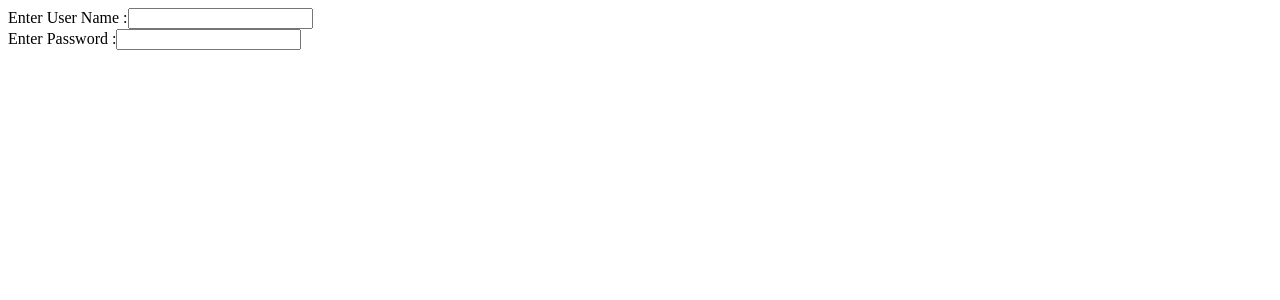
Repository: MyselfAman/Login_Page_Servlet
Page: http://localhost/Login_Page/login.jsp
The author's editor kept a copy of each file at every save. The page is drawn from the files as they stood at one save, then again after the next save.
The browser window is 1280 px wide. The pictures show the whole page.
The page is served by Tomcat 9. Other server files are loaded and not shown.

Above is the page before, as saved 2019-08-06 19:05:59.

### Login_Page/WebContent/login.jsp
<%@ page language="java" contentType="text/html; charset=ISO-8859-1"
    pageEncoding="ISO-8859-1"%>
<!DOCTYPE html>
<html>
<head>
<meta charset="ISO-8859-1">
<link rel="stylesheet" href=""css/fontawesome.css">
<title>Indism | Login</title>

</head>
<body>
	<form action="login">
	 Enter User Name :<input type="text" name="username" ><br>
	  Enter Password :<input type="password" name="password"><br>
	</form>
</body>
</html>

After the next save:
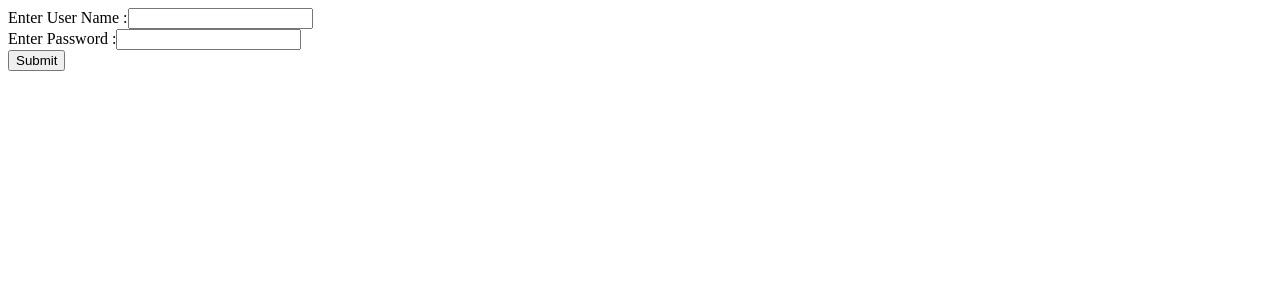
Saved 25 s later.
--- a/Login_Page/WebContent/login.jsp
+++ b/Login_Page/WebContent/login.jsp
@@ -12,6 +12,7 @@
 	<form action="login">
 	 Enter User Name :<input type="text" name="username" ><br>
 	  Enter Password :<input type="password" name="password"><br>
+	  <input type="submit">
 	</form>
 </body>
 </html>
